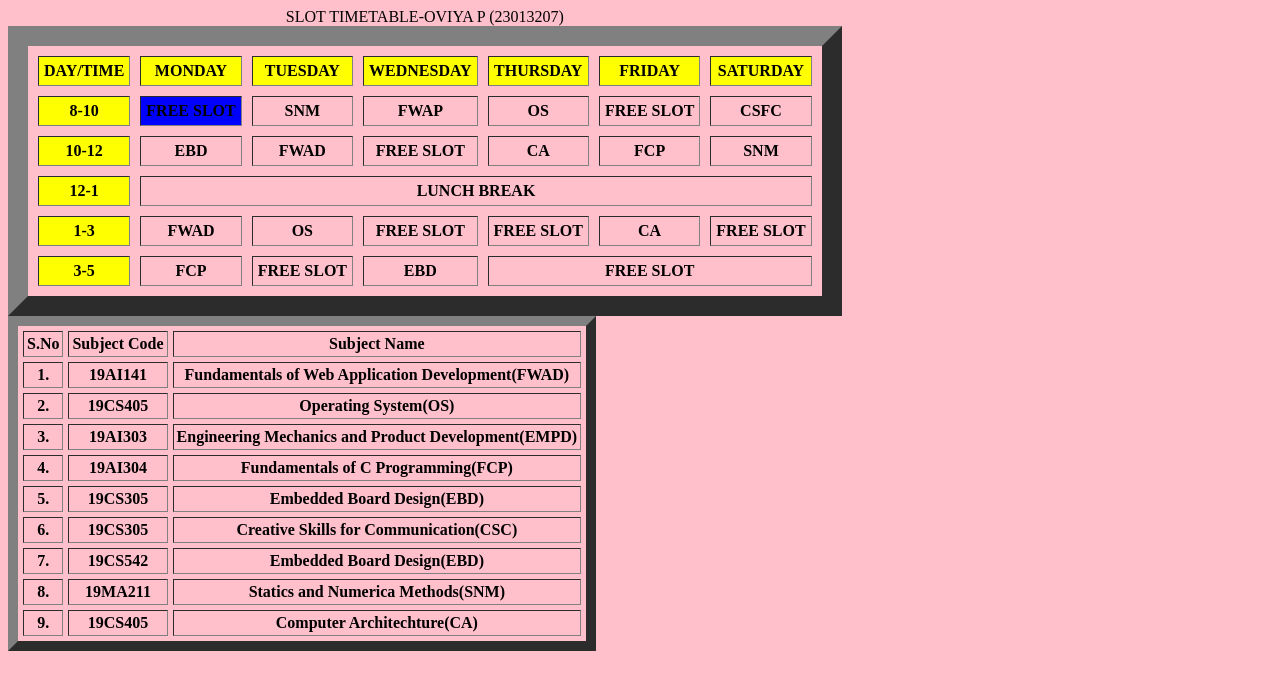
Repository: Oviya24032K6/slot
Page: oviya/static/time.html
An editor plug-in stored every save of this project. The page is shown before and after the next save, followed by the edit.
The browser window is 1280 px wide. The pictures show the whole page.

Above is the page before, as saved 2024-03-13 20:56:45.

After the next save:
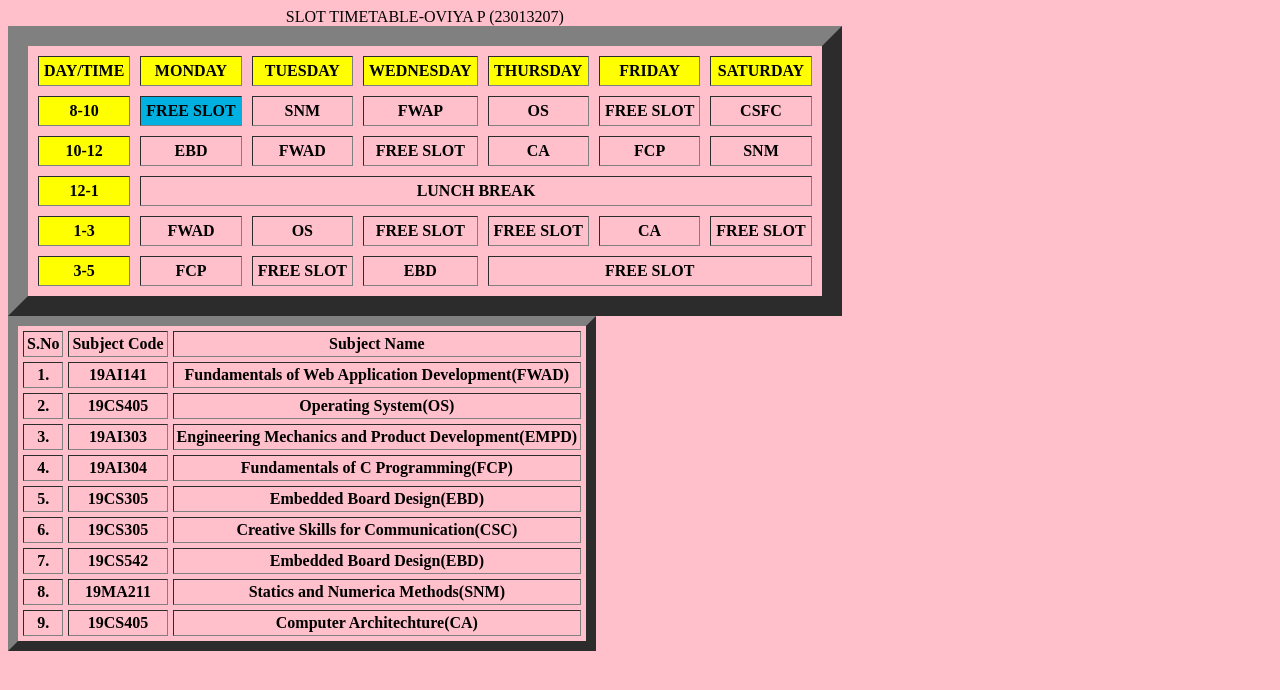
Saved 7 s later.
--- a/oviya/static/time.html
+++ b/oviya/static/time.html
@@ -16,7 +16,7 @@
         </tr>
         <tr>
             <th bgcolor="yellow">8-10</th>
-            <th bgcolor="blue">FREE SLOT</th>
+            <th bgcolor="sky blue">FREE SLOT</th>
             <th>SNM</th>
             <th>FWAP</th>
             <th>OS</th>
